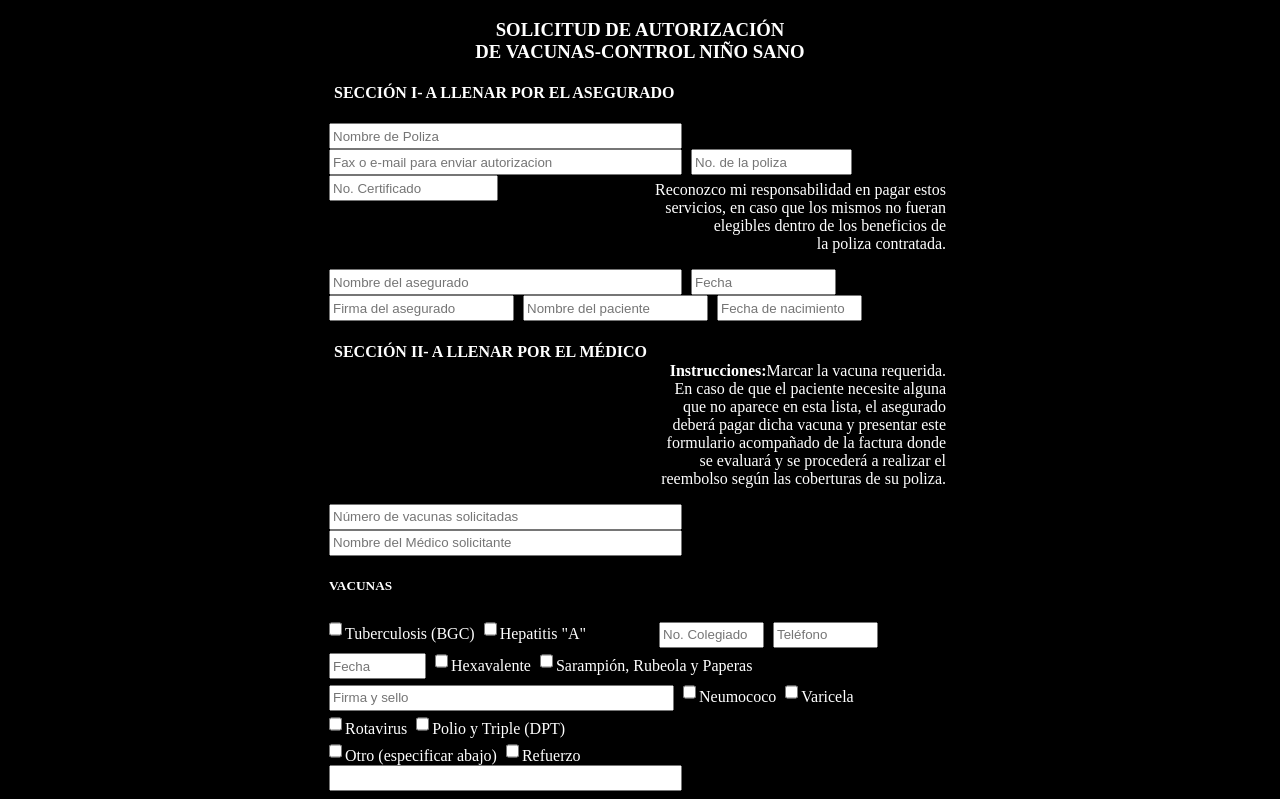
Repository: pabloestradagt/proyectobootstrap
Page: css/formulario.html
The author's editor kept a record of every edit. The page is drawn from the files as they stood at one moment, then again after the next edit.
The browser window is 1280 px wide. The pictures show the whole page.

Above is the page before.

After the next edit:
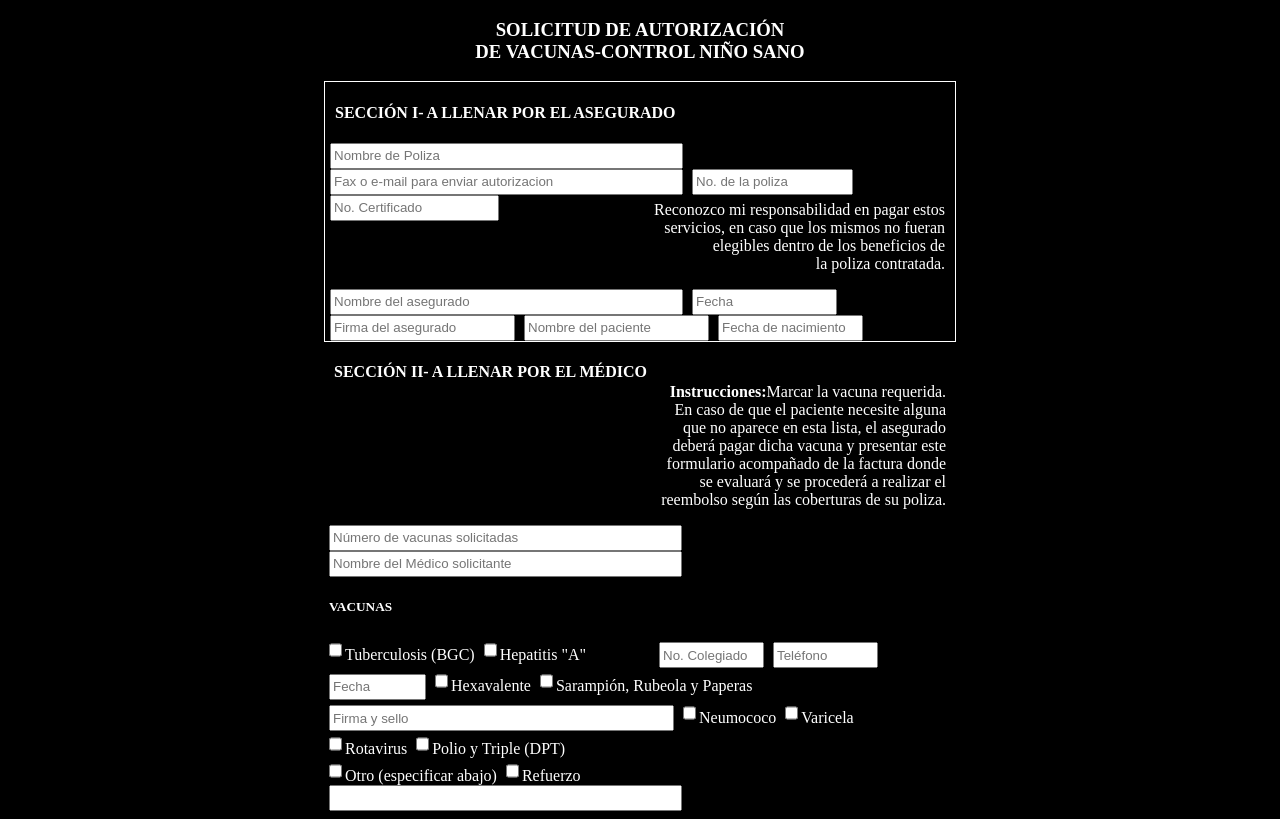
The edit:
--- a/css/css/codigo.css
+++ b/css/css/codigo.css
@@ -22,7 +22,7 @@
     text-align:center;
 }
 
-#caja1 {
+.caja1 {
     color:white;
     border:1px solid;
 }
